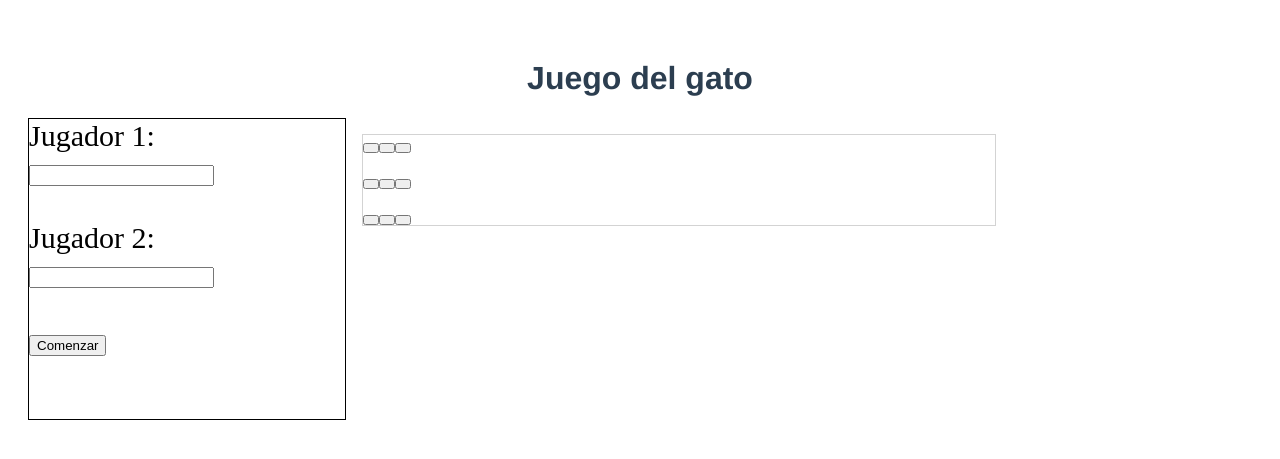
Repository: franciscamanquecheo/Taller-2
Page: / (app in vite-project/)
An editor plug-in stored every save of this project. The page is shown before and after the next save, followed by the edit.
The browser window is 1280 px wide. The pictures show the whole page.
The project was rebuilt for these pictures with package versions that can differ from the ones it lists, and the page was loaded fresh each time. Also part of the build but not shown: vite-project/vite.config.ts.

Above is the page before, as saved 2022-06-17 17:43:11.

After the next save:
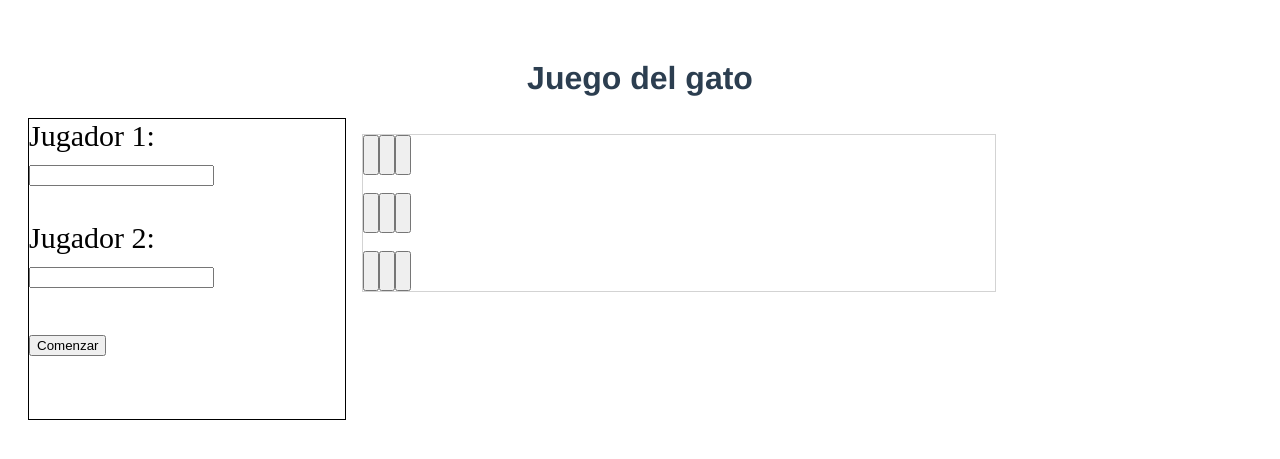
Saved 12 s later.
--- a/vite-project/src/App.vue
+++ b/vite-project/src/App.vue
@@ -73,7 +73,7 @@ article#Tablero{
   width: 50%;
 }
 article#Tablero input{
-  font-size: 3px;;
+  font-size: 30px;;
 }
 
 
